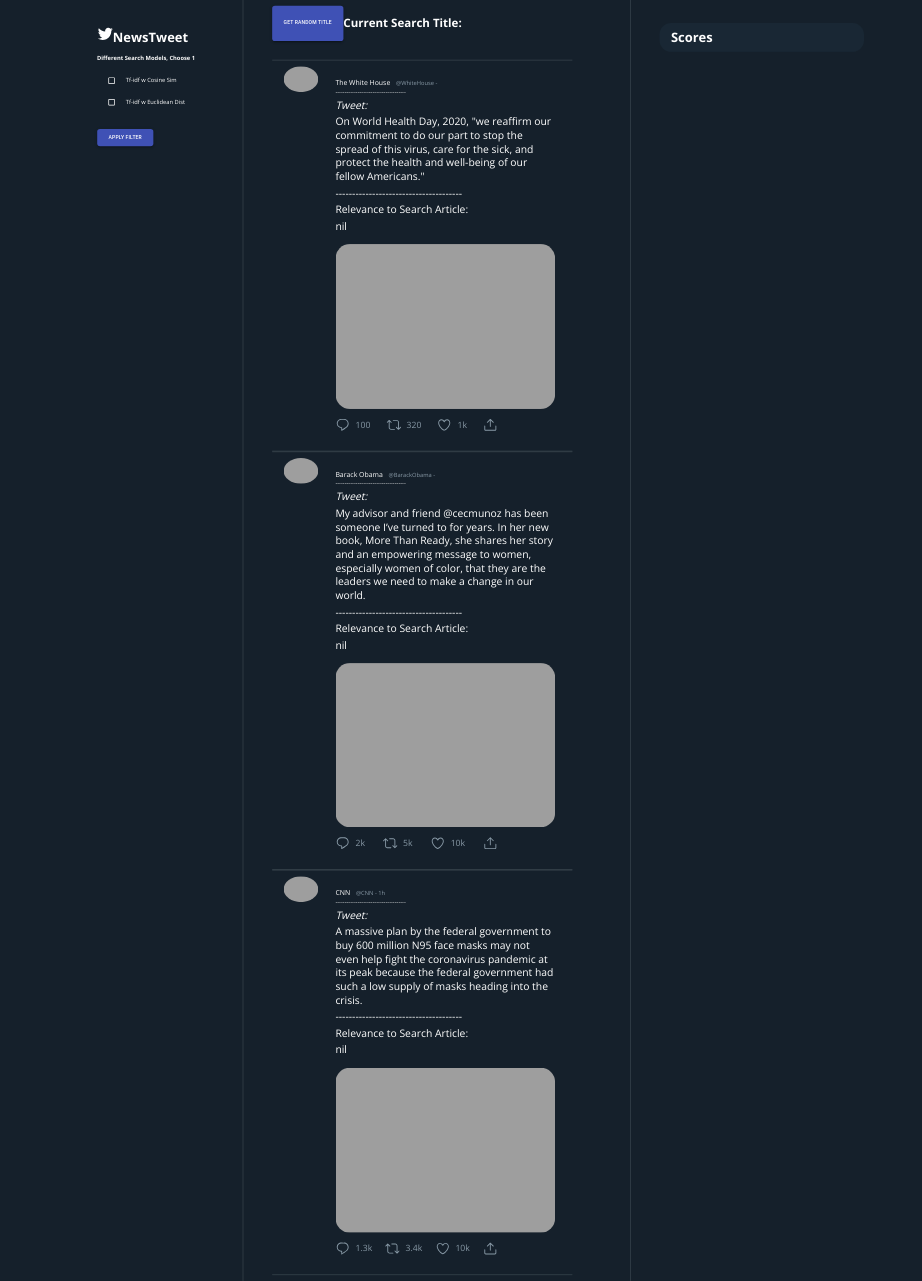
Repository: Dustyik/IR-tweets---disaster-
Page: / (app in Frontend/)
An editor plug-in stored every save of this project. The page is shown before and after the next save, followed by the edit.
The browser window is 1280 px wide. The pictures show the whole page, at 72% of full size.
Pictures or frames that could not be fetched are drawn as grey boxes. The page's requests for data from a server got no answer. The project was rebuilt for these pictures with package versions that can differ from the ones it lists, and the page was loaded fresh each time. No one was signed in, and anything a server would have sent is missing. Also part of the build but not shown: Frontend/src/components/trending/Trend.js, Frontend/src/components/trending/TrendsList.js, Frontend/src/components/trending/FollowSuggestionCard.js, Frontend/src/styles/FollowList.css, Frontend/src/components/trending/FollowSuggestionsList.js, Frontend/src/components/StatusCard.js, Frontend/src/pages/Status.js, Frontend/src/components/profile/ProfileHead.js and 3 more.

Above is the page before, as saved 2021-08-03 19:20:29.

After the next save:
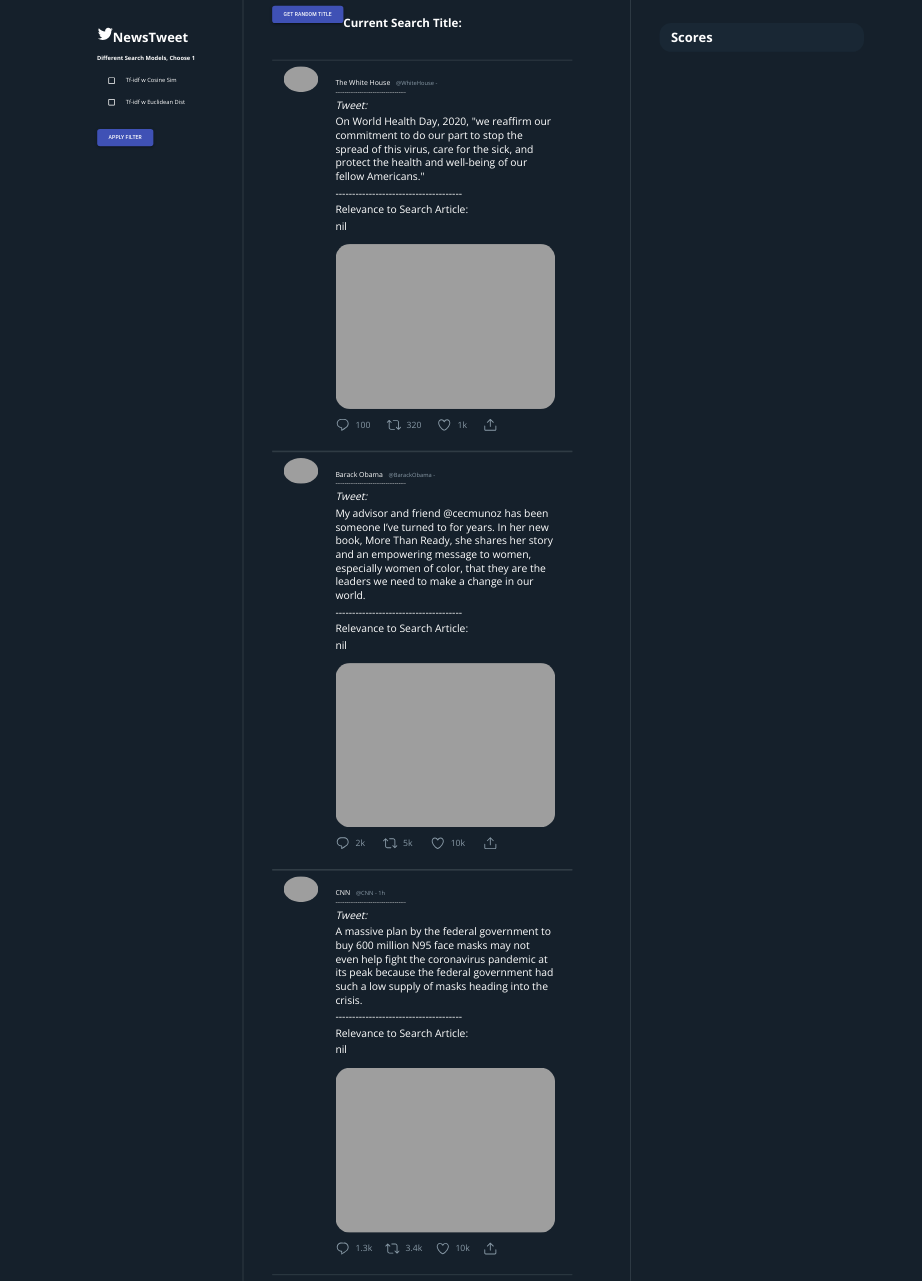
Saved 31 s later.
--- a/Frontend/src/pages/Home.js
+++ b/Frontend/src/pages/Home.js
@@ -49,6 +49,7 @@
             <Button
                 onClick = {randomButtonClick}
                 variant="contained"
+                style = {{height:"50%"}}
                 color="primary">
                 Get Random Title
             </Button>
